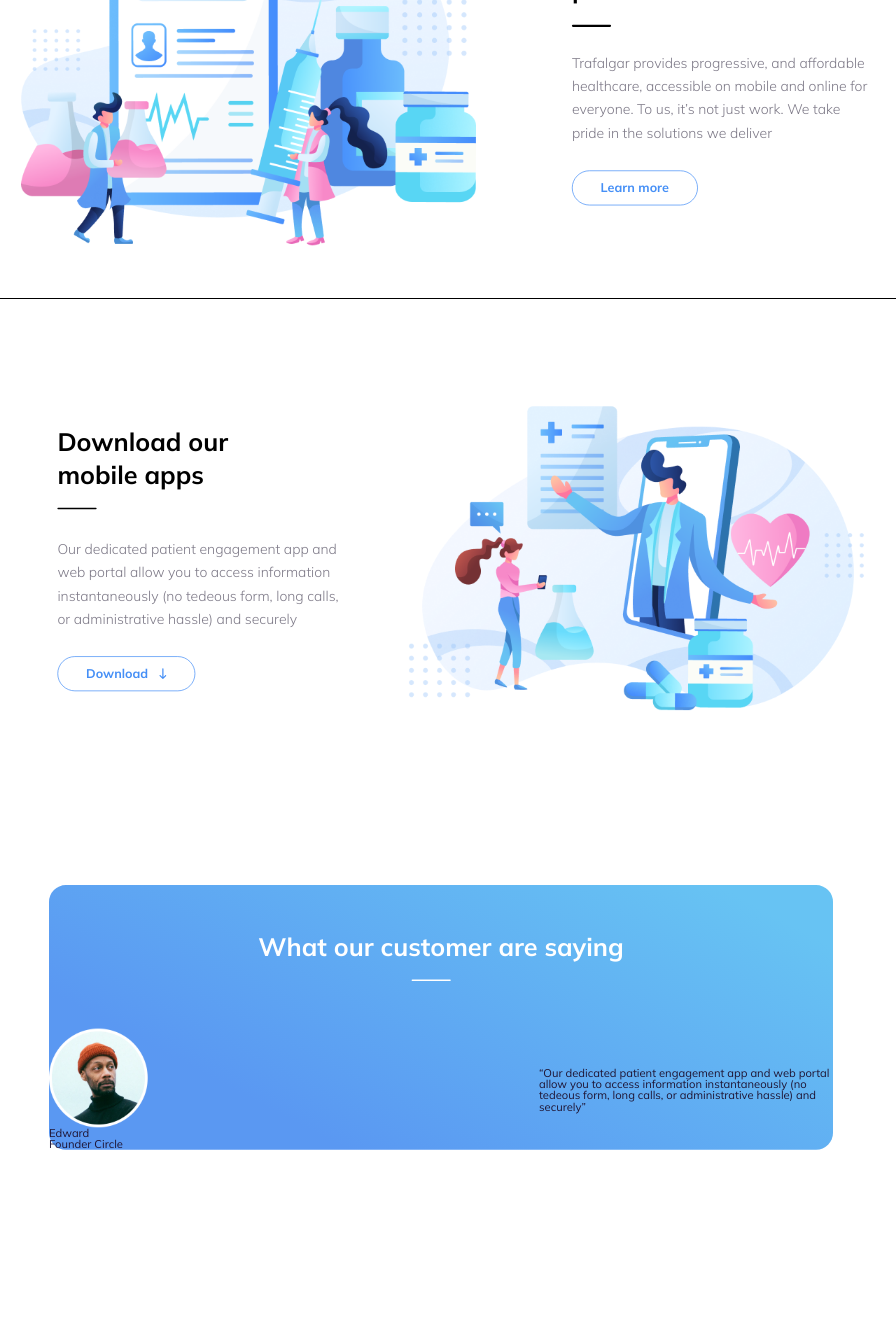
Repository: tungcutte35/Trafalgar
Page: index.html
The author's editor kept a copy of each file at every save. The page is drawn from the files as they stood at one save, then again after the next save.
The browser window is 1280 px wide. The pictures show the part of the page from y = 2479 to 4399 px (the page is 4399 px tall), at 70% of full size.
The style sheet was rebuilt from its Sass, Less or Tailwind sources for each picture, by a compiler version that may differ from the author's.

Above is the page before, as saved 2021-10-18 00:36:30.

After the next save:
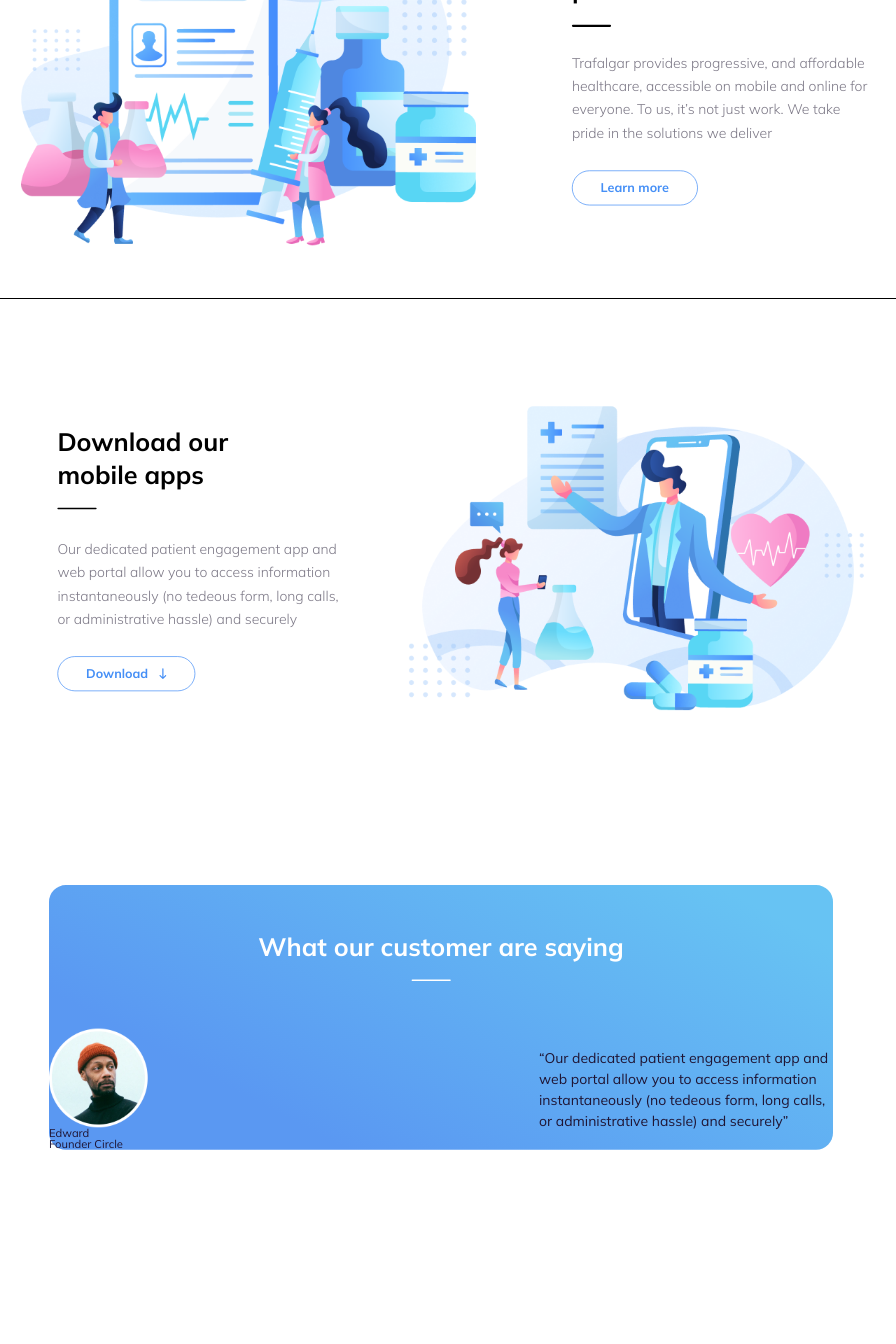
Saved 27 s later.
--- a/sass/_customer.scss
+++ b/sass/_customer.scss
@@ -46,5 +46,7 @@
   &-content {
     width: 100%;
     max-width: 420px;
+    font-size: 20px;
+    line-height: calc(30 / 20);
   }
 }
